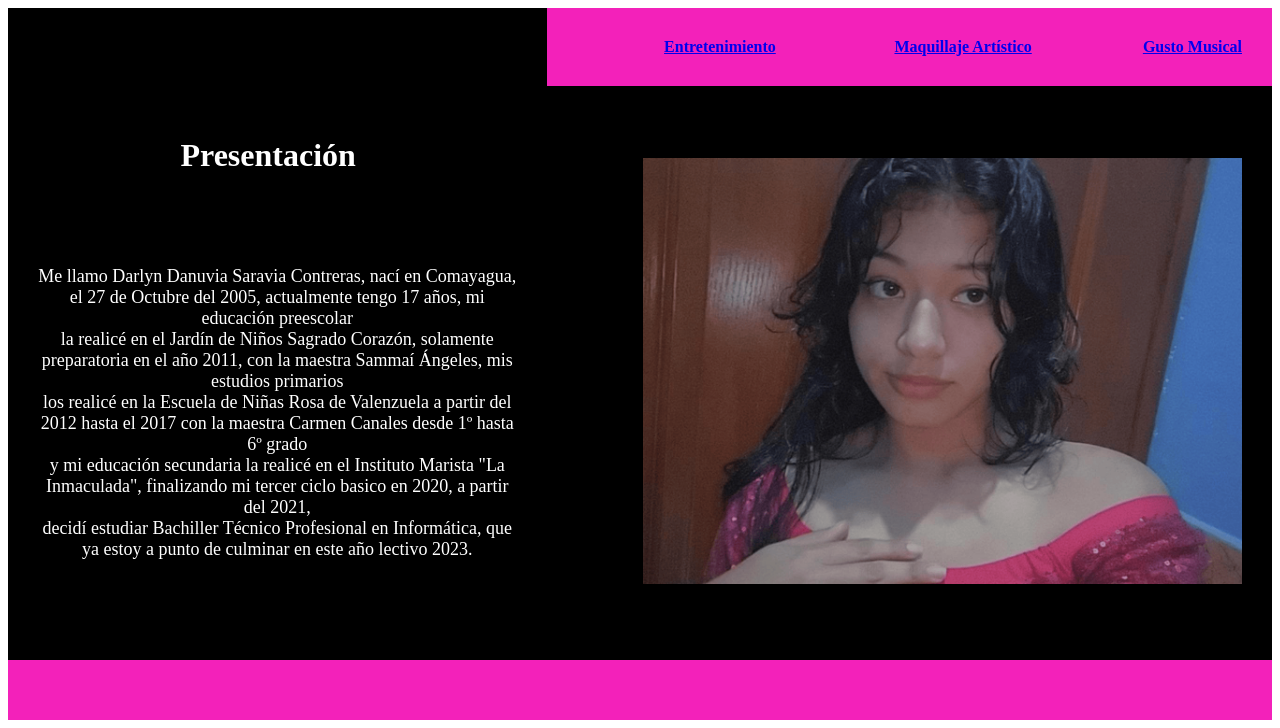
Repository: darlyn-saravia27/portafolio-darlynsaravia
Page: archivoshtml/index.html
These files come from the project's save history. The page is drawn as it stood at one moment and after the next save; the edit follows.
The browser window is 1280 px wide. The pictures show the whole page.

Above is the page before, as saved 2023-03-05 03:39:26.

After the next save:
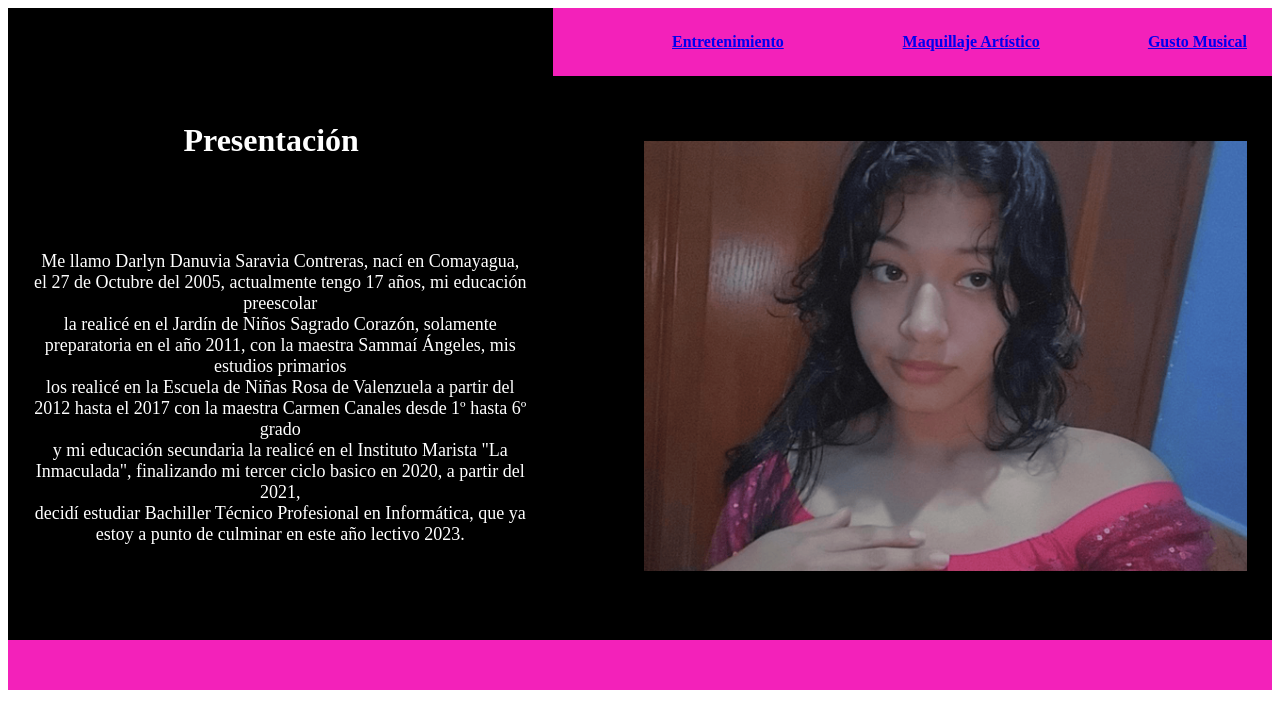
Saved 19 s later.
--- a/archivoshtml/index.html
+++ b/archivoshtml/index.html
@@ -7,7 +7,7 @@
     <title>Mi Portafolio Web</title>
 </head>
 <body>
-    <table align="center" cellspacing="0" cellpadding="30%" width="100%">
+    <table align="center" cellspacing="0" cellpadding="25%" width="100%">
     <tr align="center" bgcolor="black">
         <td>-----------------------------------------------------------------------------------</td>
         <td align="right" bgcolor="F321BA"><font color="white"><strong><a href="entretenimiento.html">
